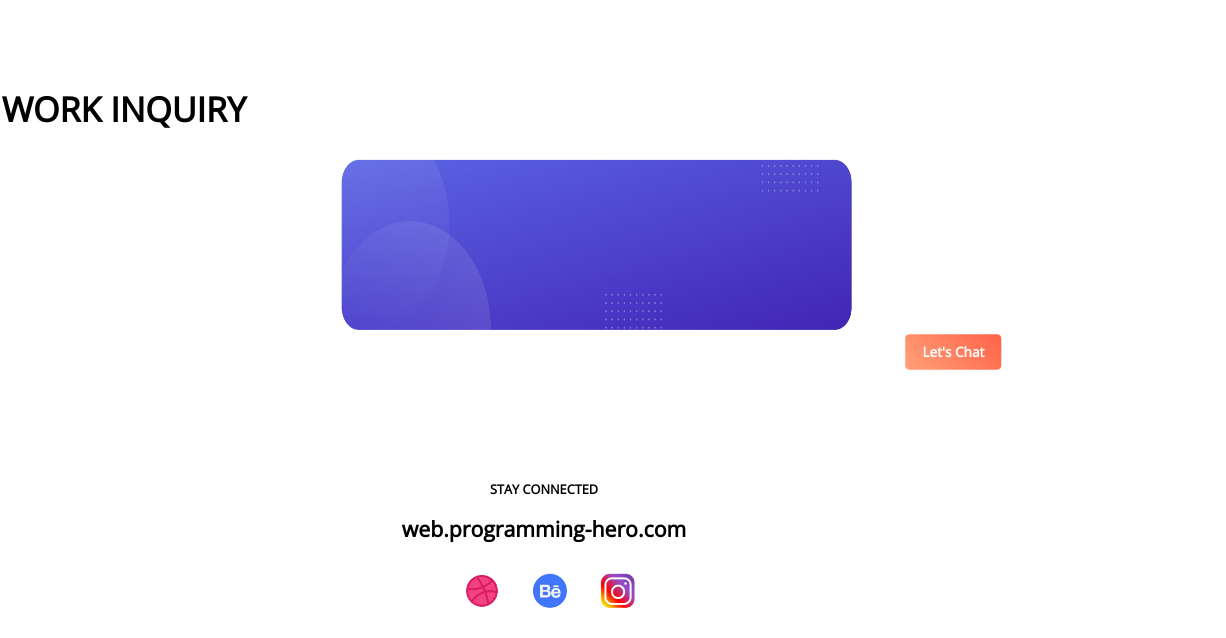
Repository: sabbircse3/personal-website
Page: index.html
The author's editor kept a copy of each file at every save. The page is drawn from the files as they stood at one save, then again after the next save.
The browser window is 1280 px wide. The page is 1442 px wide, so the pictures cover 1442 px, including what lies to the right of the window. The pictures show the part of the page from y = 2386 to 3536 px (the page is 3136 px tall before and 3536 px after), at 85% of full size.

Above is the page before, as saved 2021-01-06 03:59:26.

### index.html
<!DOCTYPE html>
<html lang="en">
<head>
    <title>personal-website</title>
    <link rel="preconnect" href="https://fonts.gstatic.com">
    <link href="https://fonts.googleapis.com/css2?family=Open+Sans&display=swap" rel="stylesheet">
    <link rel="stylesheet" href="style.css">
</head>
<body>

        <div class="menu-1">
            <ul id="menu">
                <li><a href="#">Contact</a></li>
                <li><a href="#">Protfolio</a></li>
                <li><a href="#">Work</a></li>
                <li><a href="#">About</a></li>
            </ul>
        </div>


    <section class="top-banner ">
        <div class="half-width">
            <h1>HELLO, I'M <br> <span class="name-highlight">SABBIR HASAN</span></h1>
            <p>A full stack allaround designer that placerat in massa consectetur</p>
            <a class="link-button" target="_blank" href="https://www.linkedin.com/company/programminghero/">HIRE ME</a>
        </div>

        <div class="half-width">
            <img src="images/sabbir1.png" alt="">
        </div>
    </section>

    <section class="about ">
        <div class="half-width">
            <img src="images/sabbir1.png" alt="">
        </div>

        <div class="half-width">
            <h2> ABOUT</h2>
            <p>Lorem Ipsum is simply dummy text of the printing and typesetting industry. Lorem Ipsum has been the industry's standard dummy text ever since the 1500s, when an unknown printer took a galley of type and scrambled it to make a type specimen book.</p>
            <a class="link-button" target="_blank" href="https://www.linkedin.com/company/programminghero/">Download CV</a>
        </div>

    </section>

    <section class="experience-area">
        <h2 id="head-center"><span class="name-highlight">LASTET</span> WORKING PROJECT</h2>
        <div id="first-project" class="half-width single-experience">
            <img  src="images/image 4.png" alt="" class="center">
            <h3>Power-x-gym (gym website)</h3>
            <p>Lorem Ipsum is simply dummy text of the printing and typesetting industry.</p>

        </div>

        <div id="next-project" class="half-width single-experience">
            <img src="images/image 5.png" alt="" class="center">
            <h3>Creative Agency</h3>
            <p>Lorem Ipsum is simply dummy text of the printing and typesetting industry.</p>

        </div>

        <div id="next-project" class="half-width single-experience">
            <img src="images/image 8.png" alt="" class="center">
            <h3>Hard Rock Music</h3>
            <p>Lorem Ipsum is simply dummy text of the printing and typesetting industry.</p>

        </div>

    </section>



    <section class="education">
        <h1> <span class="name-highlight">EDU</span>CATION</h1>
        <div id="bachelor" class="half-width single-experience">
            <h3>Bachelor of Science in Computer Science</h3>
            <h3 class="blue-highlight">Khwaja Yunus Ali University</h3>
            <h3 class="orange-highlight">2016-2020</h3>
            <p>It is a reputaed private university in this country Bangladesh.</p>
        </div>

        <div id="others" class="half-width single-experience">
            <h3>Higher School Certificate</h3>
            <h3 class="blue-highlight">Bhagopara Shahid Dhanesh Uddin School and Collage</h3>
            <h4 class="orange-highlight">2014-2016</h4>
            <p>It is one of the best collage in our north said of country</p>
        </div>

		<div id="others" class="half-width single-experience">
            <h3>Secoundary School Certificate</h3>
            <h3 class="blue-highlight">Rajapur High School</h3>
            <h4 class="orange-highlight">2009-2014</h4>
            <p>This school is one of the best school in my native area where i was bron.</p>
        </div>

    </section>


    <section>
        <div class="lowest-banner">
            <h2>WORK INQUIRY </h2>
        </div>
        <div class="low-mid">
            <img src="images/Group_33094_1.png" width="600px" height="200px">
        </div>
        <div>
            <a class="chat-button" target="_blank" href="https://www.linkedin.com/company/programminghero/">Let's Chat</a>
        </div>

    </section>


    <footer>
        <h3>STAY CONNECTED</h3>
        <h2>web.programming-hero.com</h2>
        <div class="chat">
            <div class=" chat-experience">
                <img  src="images/image 6.png" alt="" class="center">
            </div>

            <div  class=" chat-experience">
                <img src="images/Group 33059.png" alt="" class="center">
            </div>

            <div  class=" chat-experience">
                <img src="images/image 7.png" alt="" class="center">
            </div>
        </div>

    </footer>




</body>
</html>

### style.css
body{
    font-family: 'Open Sans', sans-serif;
    margin: 2px;
    font-style: normal;
}
.menu-1{
	height: 90px;
}
#menu{
	list-style-type:none;
	width:900px;
	margin:10px auto;
}
#menu li{
	float:right;
}
#menu li a{
	color:black;
	text-decoration:none;
	padding:5px 10px;
}

h1{
    font-size: 50px;
}
h2{
    font-size: 40px;
}

.name-highlight{
    color: #FF8367;
}
.top-banner{

}
.half-width{
    width: 35%;
    float: left;
    margin-left: 5%;
    padding-left: 2%;
}
.half-width img{
    width: 100%;
}
section{
    height: 450px;
}
.link-button{
    text-decoration: none;
    background-image: linear-gradient(45deg, lightSalmon, tomato);
    padding: 10px 20px;
    border-radius: 5px;
    color: white;
    font-weight: 700;
}
#head-center{
    text-align: center;
    margin: 80px;
    padding: 50px;
}
.experience-area{
    background-color: #E5E5E5;
    background-position: left;
    width: 1440px;
    height: 814px;
}
.center {
    display: block;
    margin-left:-15px;
    margin-top: 15px;
    width: 50%;
  }
.orange-highlight{
    color: orange;
}
.single-experience{
    box-shadow: 0px 4px 4px rgba(0, 0, 0, 0.25);
    border-radius: 10px;
	height: 45%;
	width: 23%;
}
#first-project{
    background-color: white;
}
#next-project{
	background-color: white;
}

.education{
    background-image: url("images/exp-bg.png");
    background-repeat: no-repeat;
    background-position: left;
}
#bachelor{
    border-left: 7px solid;
    border-image: linear-gradient(180deg, lightSalmon, tomato);
    border-image-slice: 1;
    background-color: white;
    height: 55%;
	width: 25%;
}
#others{
    border-left: 7px solid;
    border-image: linear-gradient(180deg, blue, cyan);
    border-image-slice: 1;
    height: 55%;
	width: 25%;
}
.blue-highlight{
    color:rgba(0, 0, 139, 0.705);
}
.lowest-banner{
  margin-top: 100px;

}
.low-mid{
    margin-left: 400px;
}
.chat-button{
    text-decoration: none;
    background-image: linear-gradient(45deg, lightSalmon, tomato);
    padding: 10px 20px;
    margin-right: 100px;
    border-radius: 5px;
    color: white;
    font-weight: 700;
    float: right;
}

footer h2{
    text-align: center;
    font-size: 25px;
}
footer h3{
    text-align: center;
    font-size: 15px;
}
.chat{
    margin-left: 560px;
}
.chat-experience{
	height: 90px;
    width: 80px;
    display: block;
    float:left;
}

After the next save:
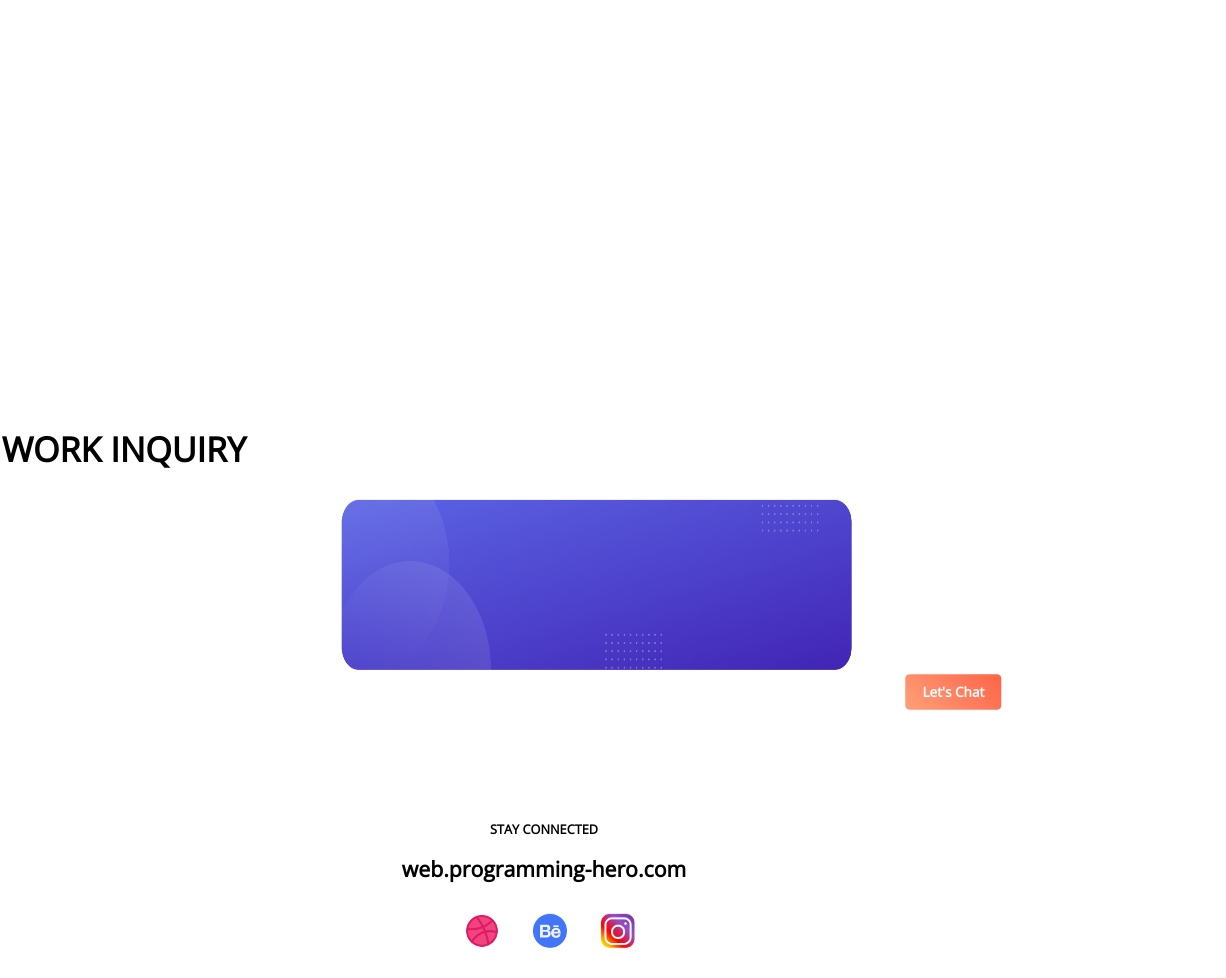
Saved 12 s later.
--- a/style.css
+++ b/style.css
@@ -110,7 +110,7 @@ section{
     color:rgba(0, 0, 139, 0.705);
 }
 .lowest-banner{
-  margin-top: 100px;
+  margin-top: 500px;
 
 }
 .low-mid{
